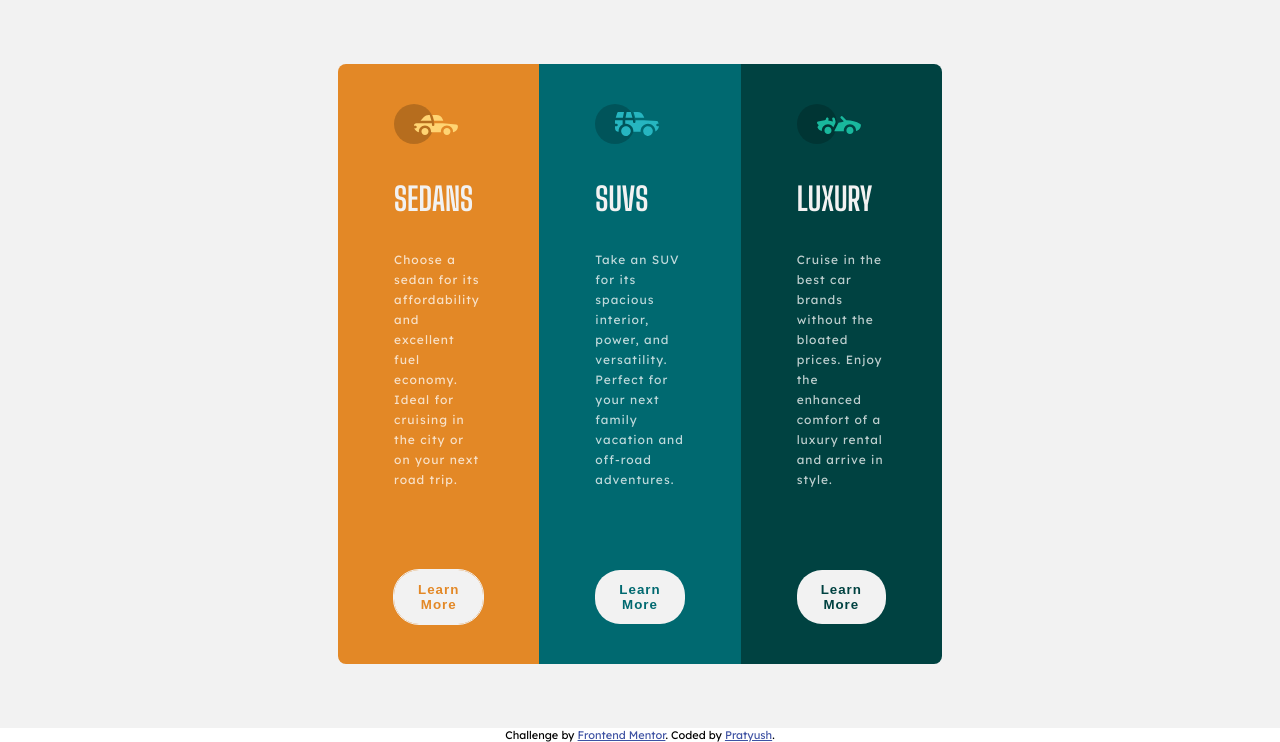
Repository: PratypartyY2K/frontendmentor-challenges
Page: 3-column-card/index.html
An editor plug-in stored every save of this project. The page is shown before and after the next save, followed by the edit.
The browser window is 1280 px wide. The pictures show the whole page.
The pointer rests on the first visible `button`.

Above is the page before, as saved 2021-07-14 13:17:26.

After the next save:
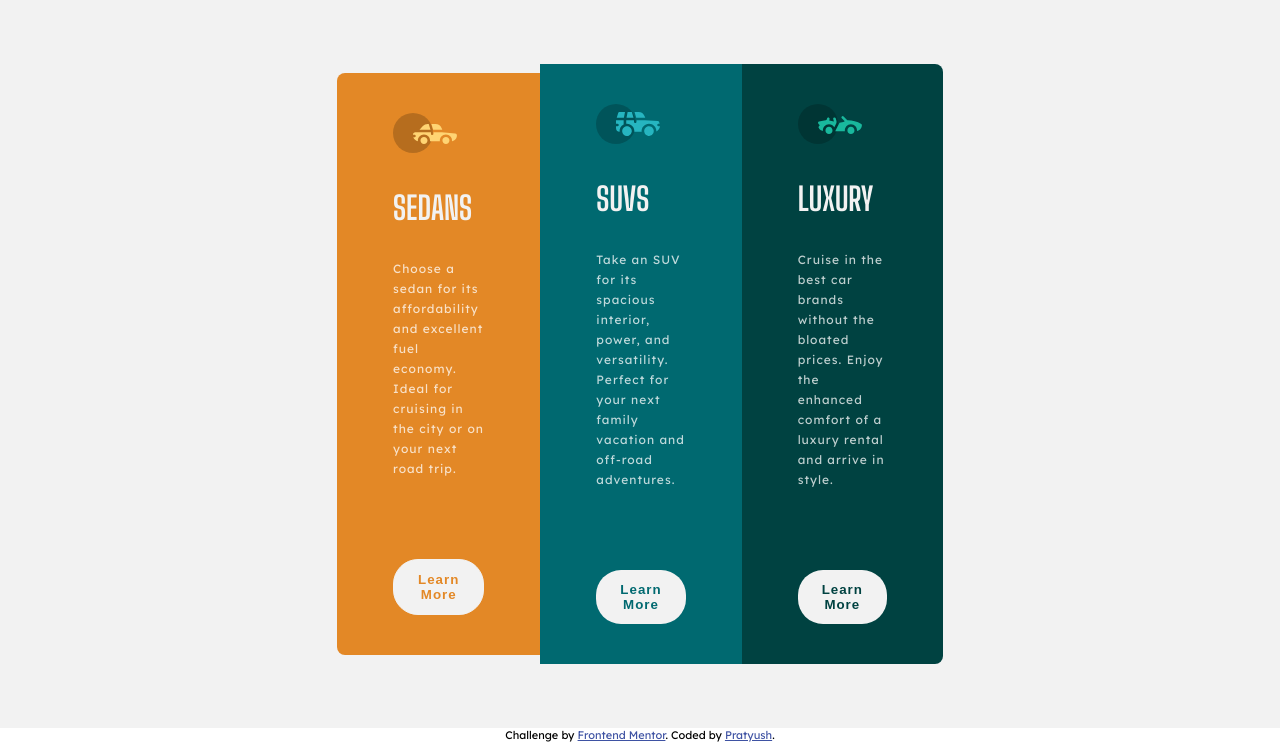
Saved 13 s later.
--- a/3-column-card/style.css
+++ b/3-column-card/style.css
@@ -69,7 +69,7 @@ button {
 }
 
 button:hover {
-    outline: 1px solid var(--neutral-gray);
+    border: 1px solid var(--neutral-gray);
 }
 
 .btn-1 {
